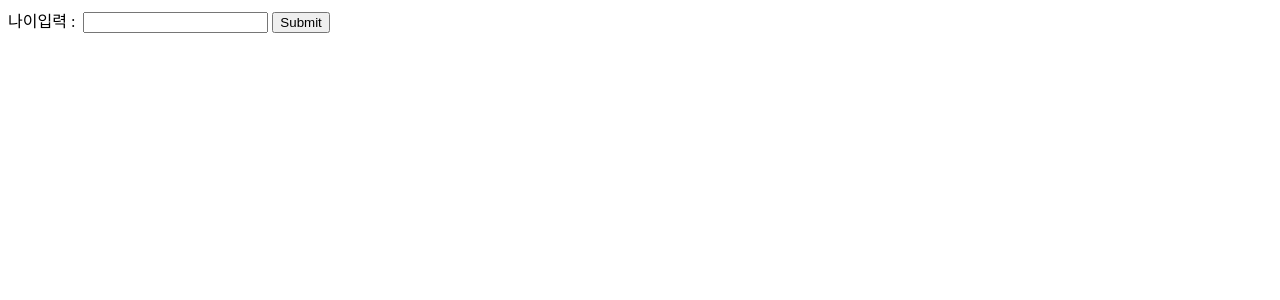
Repository: djdh94/jsp_practice
Page: http://localhost/JSPBasic/jspObject/objecttest/repository/bus_form.jsp
An editor plug-in stored every save of this project. The page is shown before and after the next save, followed by the edit.
The browser window is 1280 px wide. The pictures show the whole page.
The page is served by Tomcat 9.

Above is the page before, as saved 2022-02-07 05:20:59.

After the next save:
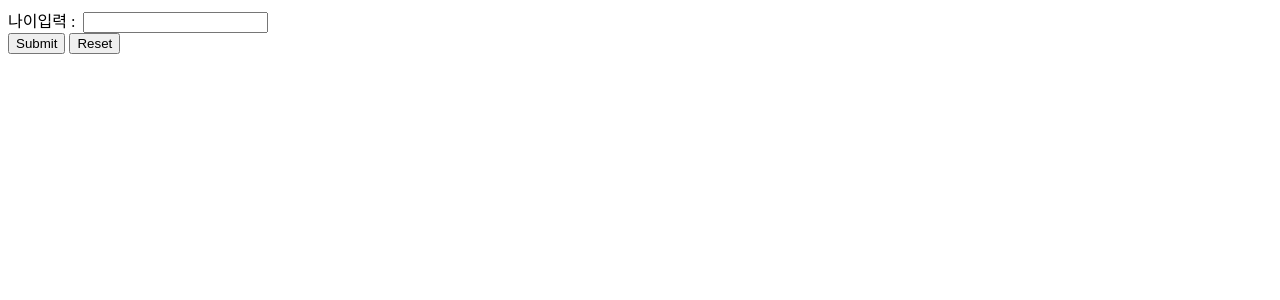
Saved 113 s later.
--- a/JSPBasic/src/main/webapp/jspObject/objecttest/repository/bus_form.jsp
+++ b/JSPBasic/src/main/webapp/jspObject/objecttest/repository/bus_form.jsp
@@ -8,8 +8,9 @@
 </head>
 <body>
 	<form action="bus_check.jsp">
-	나이입력 : &nbsp;<input type = "number" name="age"/>
-	<input type = "submit">
+	나이입력 : &nbsp;<input type = "number" name="age"/><br/>
+	<input type = "submit"/>
+	<input type = "reset"/>
 	</form>
 </body>
 </html>
